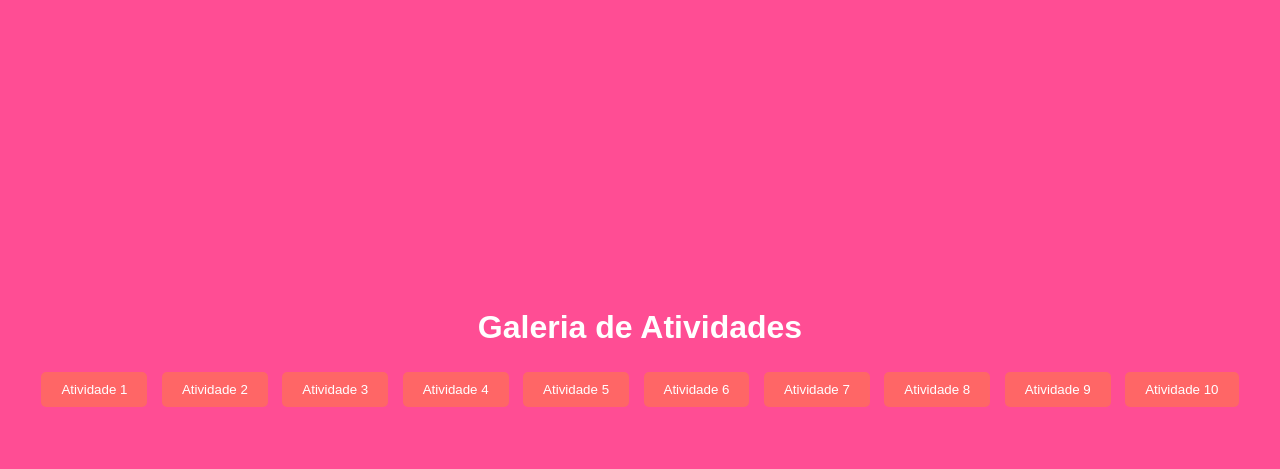
Repository: Gabrielb0rn/JavaScript-HTML.io
Page: index.html
These files come from the project's save history. The page is drawn as it stood at one moment and after a run of saves; the edit follows.
The browser window is 1280 px wide. The pictures show the whole page.

Above is the page before, as saved 2024-07-04 11:36:04.

After the next 3 saves:
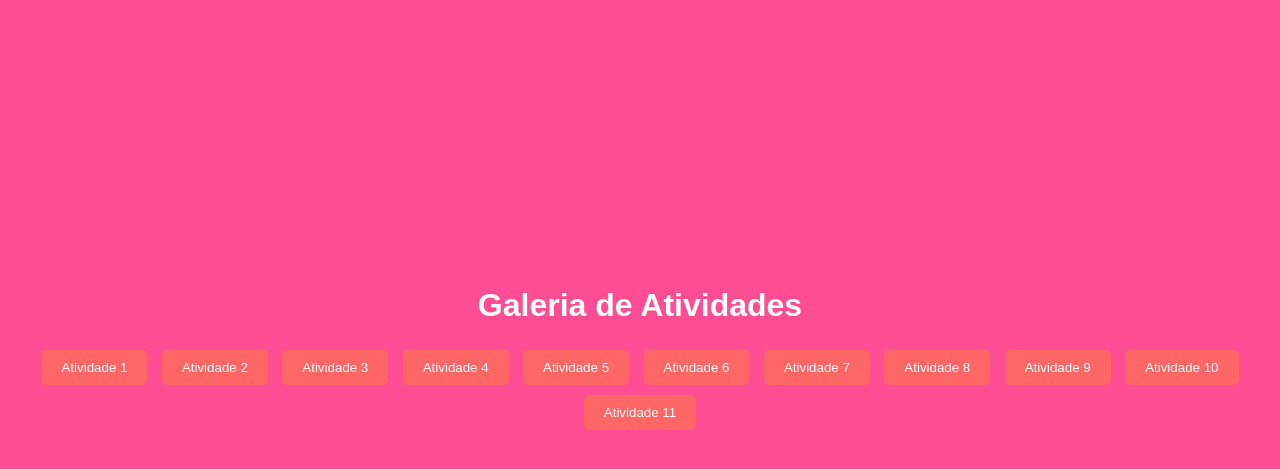
The 3 saves are shown as one change because they came seconds apart.
The last was saved 8 s later.
--- a/index.html
+++ b/index.html
@@ -20,6 +20,7 @@
             <button onclick="window.location.href='atividade 8/index.html'">Atividade 8</button>
             <button onclick="window.location.href='atividade 9/index.html'">Atividade 9</button>
             <button onclick="window.location.href='atividade 10/index.html'">Atividade 10</button>
+            <button onclick="window.location.href='atividade 11/index.html'">Atividade 11</button>
         </div>
     </div>
 </body>
